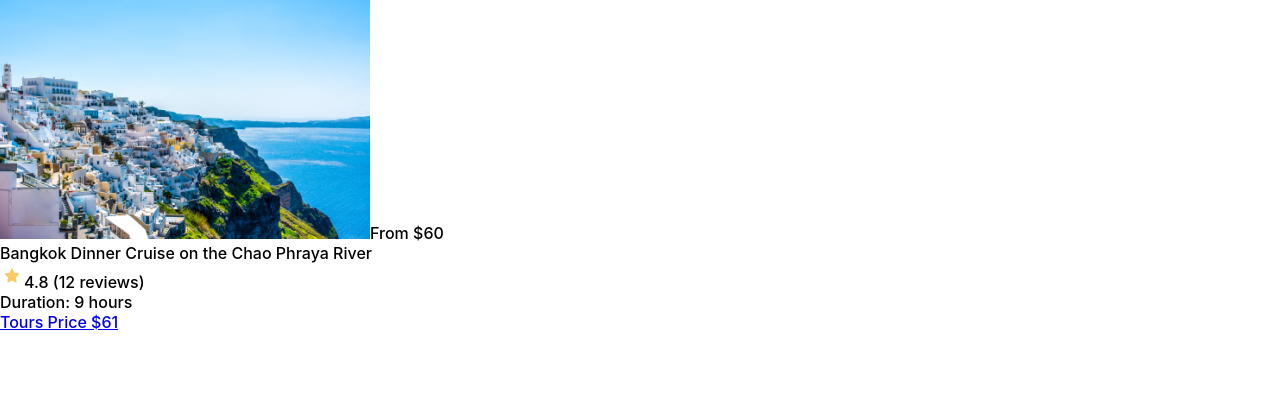
Repository: nguyentuankiet-k61/K_IT-demo
Page: index.html
These files come from the project's save history. The page is drawn as it stood at one moment and after the next save; the edit follows.
The browser window is 1280 px wide. The pictures show the whole page.
Some web fonts or font styles are not loaded; a fallback is used.

Above is the page before, as saved 2022-09-25 12:02:55.

### index.html
<!DOCTYPE html>
<html lang="en">
<head>
    <meta charset="UTF-8">
    <meta http-equiv="X-UA-Compatible" content="IE=edge">
    <meta name="viewport" content="width=device-width, initial-scale=1.0">
    <title>HTML CSS Master</title>
    <link rel = "preconnect" href = "https://fonts.googleapis.com">
    <link rel = "preconnect" href = "https://fonts.gstatic.com" crossorigin>
    <link href = "https: //fonts.googleapis.com/css2? family = Inter: wght @ 500; 600 & display = swap "rel =" stylesheet ">
    <link rel="stylesheet" href="./CSS/app.css">
</head>
<body>
 <div class="">
    <div class="Tours">
        <!-- <div class="Tours_top">
            <img src="./image/img1.png" alt="this_is_image"/>From $40
        </div>
        <div class="Tours_content">

            <div class="Tours_titlle">Thailands Ayutthaya Temples
                Cruise from Bangkok</div>

            <div class="Tours_ratting">
                <div class="Tours_review">
                    <div class="Tours_review_count">
                        <img src="./image/img-star.png" alt="tours-ratting"/>4.8 (12 reviews)
                    </div>
                    <div class="Tours_Duration">Duration: 9 hours</div>
                </div>
            </div>
            <a href="https://www.facebook.com/kutooo" target="_blank"
            rel="noopener noreferrer" class="Tours-botton">Tours Price $61</a></br>
        <div class="Tours_top">
            <img src="./image/img1.png" alt="this_is_image"/>From $70
        </div>
        <div class="Tours_content">
            <div class="Tours_titlle">
                FLoating Markets Day Trip from
                Bangkok
            </div>
            <div class="Tours_ratting">
                <div class="Tours_review_count">
                    <img src="./image/img-star.png" alt="tours-ratting"/>4.8 (12 reviews)

                </div>
                <div class="Tours_Duration">
                    Duration: 9 hours
                </div>
            </div>
            <a href="https://www.facebook.com/kutooo" target="_blank"
            rel="noopener noreferrer"
            class="Tours_botton">Tours Price $61</a></br>
        </div>
        </div> -->
        <div class="Tours_top">
            <img src="./image/img3.png" alt="this_is_image"/>From $60
             <div class="Tours_content">
                <div class="Tours_titlle">
                    Bangkok Dinner Cruise on the
                    Chao Phraya River
                </div>
                <div class="Tours_ratting">
                    <div class="Tours_review_count">
                        <img src="./image/img-star.png" alt="tours-ratting"/>4.8 (12 reviews)

                    </div>
                    <div class="Tours_Ducatiom">
                        Duration: 9 hours
                    </div>
                </div>
               <a href="https://www.facebook.com/kutooo" target="_blank"
               rel="noopener noreferrer"
               class="Tours_botton">Tours Price $61</a>
            </div>
        </div>
    </div>
 </div>
</body>
</html>

### CSS/app.css
*{
    margin: 0;
    padding: 0;
}
body{
    font-family: 'Inter', sans-serif;
    font-weight: 500;
}
.Tours{
    weight:370px;
    height: 420px;
}

After the next save:
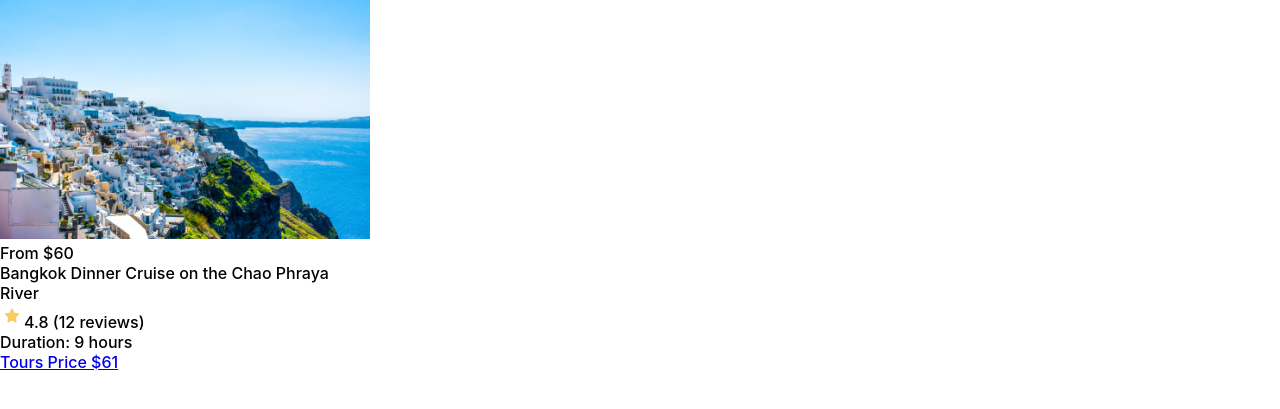
Saved 89 s later.
--- a/CSS/app.css
+++ b/CSS/app.css
@@ -7,6 +7,6 @@ body{
     font-weight: 500;
 }
 .Tours{
-    weight:370px;
+    width: 370px;
     height: 420px;
 }
